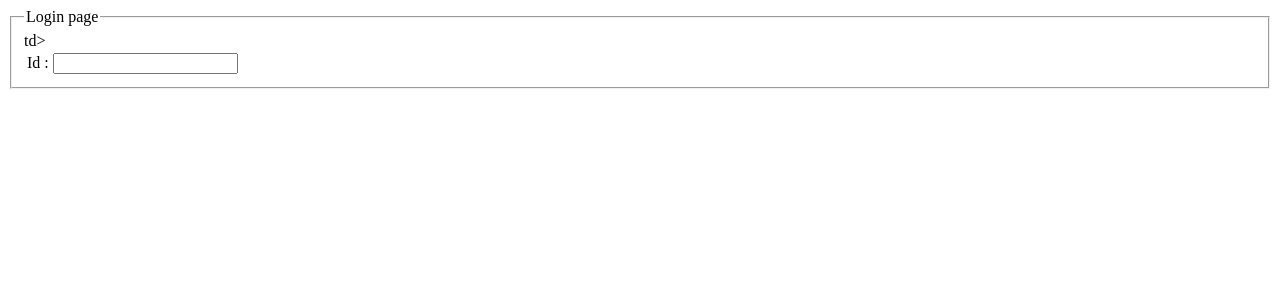
Repository: 81akshucaptain/TY_CG_HTD_BangloreNovember_JFS_AkahaykumarAgasanalli
Page: Akshay-BACK end codes/Servlet/mywebapp/src/main/webapp/loginPage.html
An editor plug-in stored every save of this project. The page is shown before and after the next save, followed by the edit.
The browser window is 1280 px wide. The pictures show the whole page.

Above is the page before, as saved 2019-12-16 13:07:20.

After the next save:
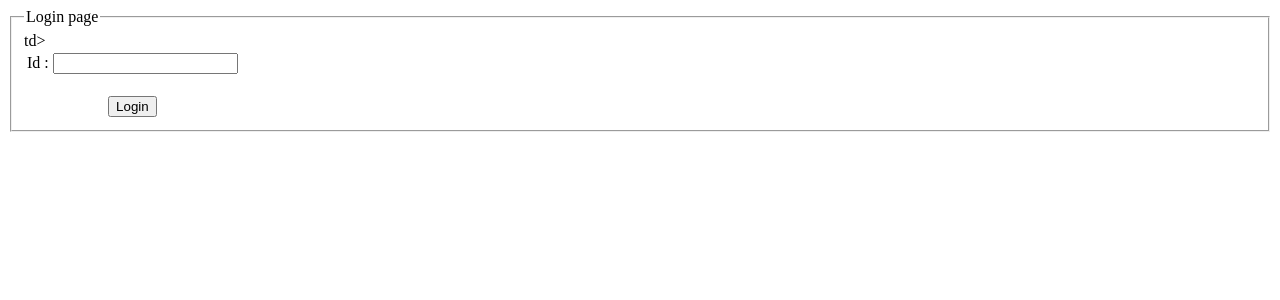
Saved 4 min 14 s later.
--- a/Akshay-BACK end codes/Servlet/mywebapp/src/main/webapp/loginPage.html
+++ b/Akshay-BACK end codes/Servlet/mywebapp/src/main/webapp/loginPage.html
@@ -5,16 +5,19 @@
 <title>Insert title here</title>
 </head>
 <body>
-<fieldset>
-<legend>Login page</legend>
-<table>
-<tr>
-<td>Id</td>td>
-<td>:</td>
-<td><input type="password" name="password" required></td>
-</tr>
-
-</table>
-</fieldset>
+	<fieldset>
+		<legend>Login page</legend>
+		<table>
+			<tr>
+				<td>Id</td>td>
+				<td>:</td>
+				<td><input type="password" name="password" required></td>
+			</tr>
+			<tr>
+				<td colspan="3" align="center"><br> <input type="submit"
+					value="Login"></td>
+			</tr>
+		</table>
+	</fieldset>
 </body>
 </html>
